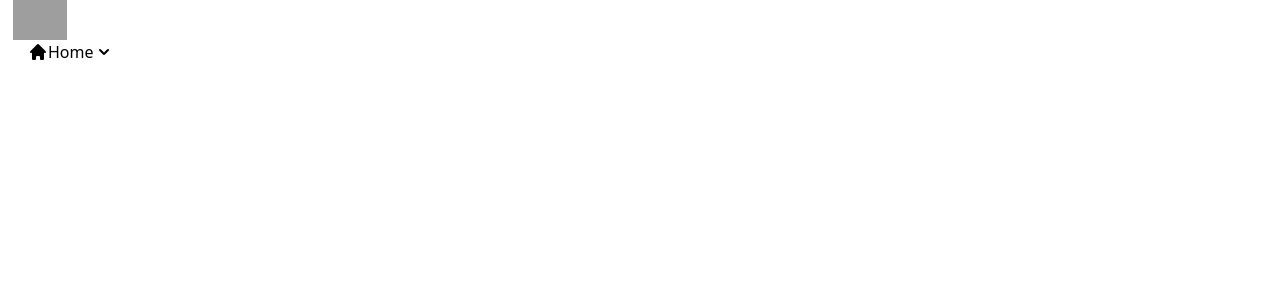
Repository: Scripter-Automation/reditclone
Page: /
An editor plug-in stored every save of this project. The page is shown before and after the next save, followed by the edit.
The browser window is 1280 px wide. The pictures show the whole page.
Pictures or frames that could not be fetched are drawn as grey boxes. The project was rebuilt for these pictures with package versions that can differ from the ones it lists, and the page was loaded fresh each time. A package was used in the major version that the imports need, not the one package.json lists. The framework's server and built-in components were replaced by stand-ins that run in the browser. Also part of the build but not shown: next.config.js.

Above is the page before, as saved 2022-05-19 02:57:12.

After the next save:
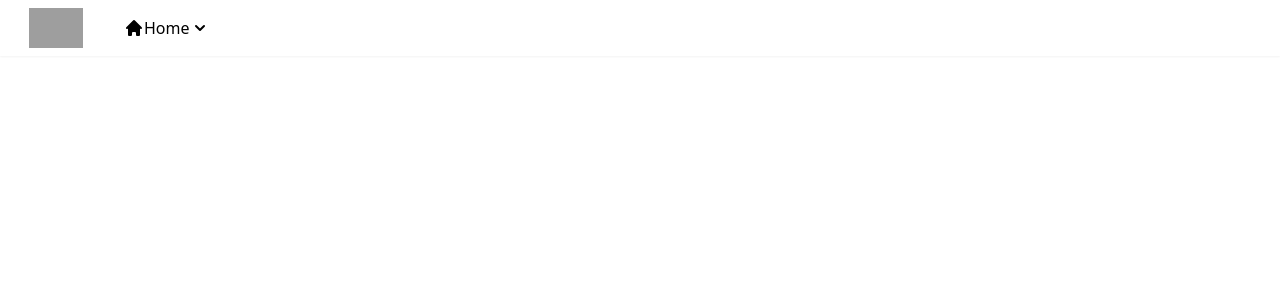
Saved 49 s later.
--- a/components/Header.tsx
+++ b/components/Header.tsx
@@ -4,7 +4,7 @@
 import { StarIcon } from "@heroicons/react/outline"
 export default function Header() {
   return (
-    <div>
+    <div className='flex bg-white px-4 py-2 shadow-sm'>
         <div className='relative h-10 w-20 flex-shrink-0'>
             <Image objectFit='contain' src="https://links.papareact.com/fqy" layout='fill'></Image>
         </div>
